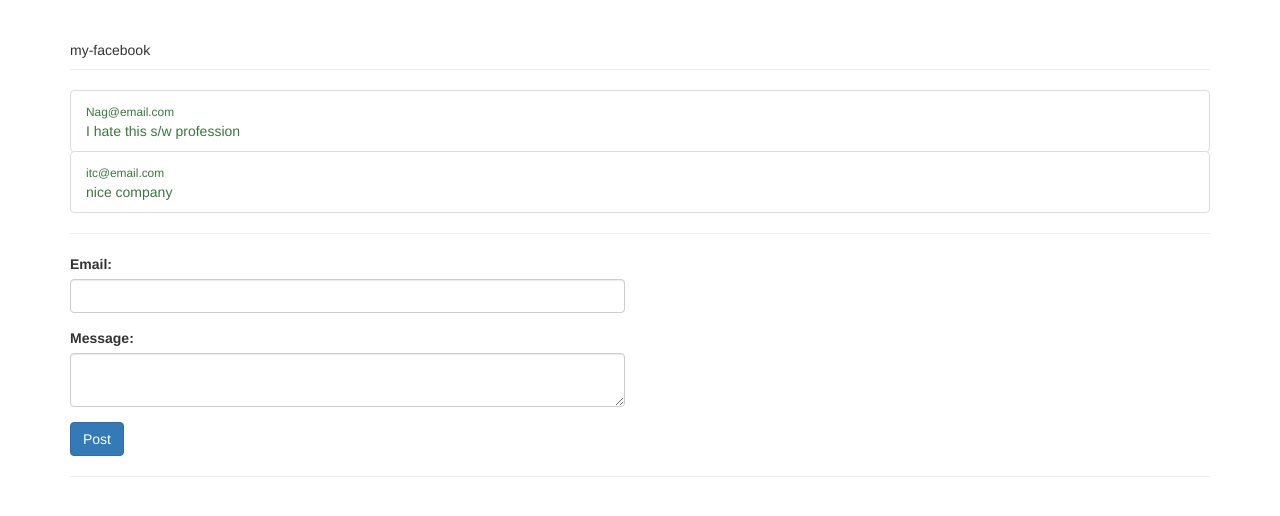
Repository: nagabhushanamn/itc-batch
Page: new/my-facebook/WebContent/index.html
The author's editor kept a copy of each file at every save. The page is drawn from the files as they stood at one save, then again after the next save.
The browser window is 1280 px wide. The pictures show the whole page.

Above is the page before, as saved 2017-03-18 10:40:25.

After the next save:
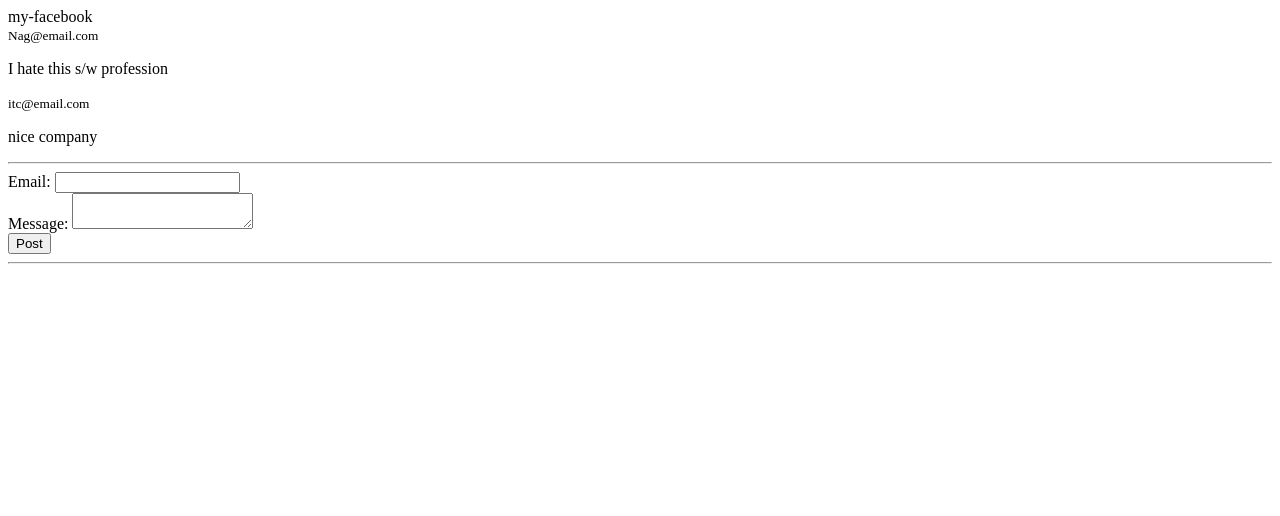
Saved 17 s later.
--- a/new/my-facebook/WebContent/index.html
+++ b/new/my-facebook/WebContent/index.html
@@ -3,7 +3,7 @@
 <head>
 <meta charset="UTF-8">
 <title>my-facebook</title>
-<link href="css/bootstrap.css" rel="stylesheet">
+
 </head>
 <body class="container">
 

After the save that followed:
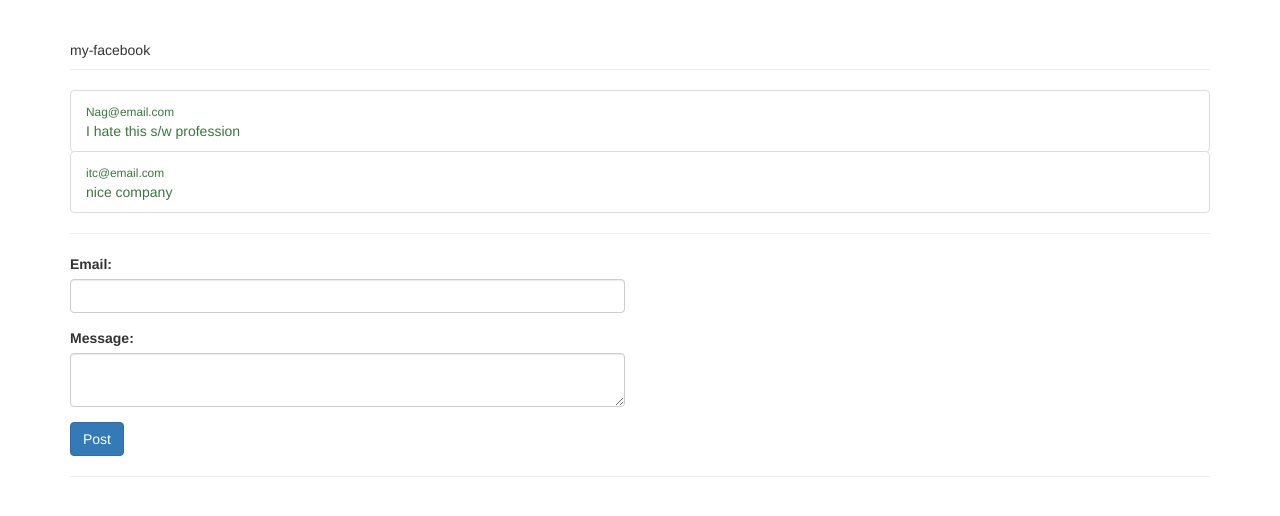
Saved 12 s later.
--- a/new/my-facebook/WebContent/index.html
+++ b/new/my-facebook/WebContent/index.html
@@ -3,7 +3,7 @@
 <head>
 <meta charset="UTF-8">
 <title>my-facebook</title>
-
+<link href="css/bootstrap.css" rel="stylesheet">
 </head>
 <body class="container">
 
